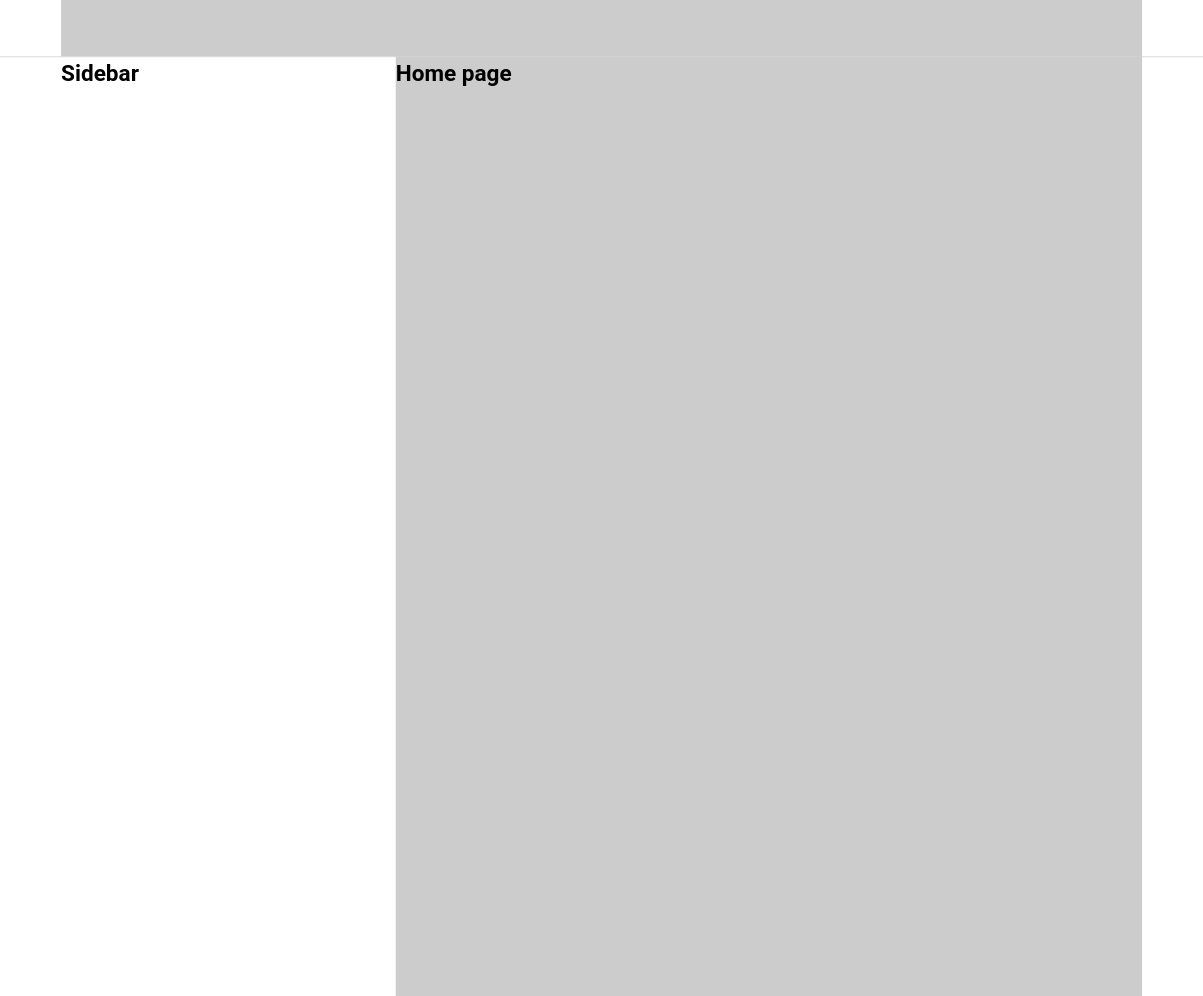
Repository: ynguyen1512/tiktok-ui
Page: /
These files come from the project's save history. The page is drawn as it stood at one moment and after the next save; the edit follows.
The browser window is 1280 px wide. The pictures show the whole page, at 94% of full size.
The project was rebuilt for these pictures with package versions that can differ from the ones it lists, and the page was loaded fresh each time. Also part of the build but not shown: src/pages/Following/index.js, src/pages/Profile/index.js, src/pages/Upload/index.js, src/pages/Search/index.js. Imported but missing from the stored project, and not drawn on this page: src/components/Layout/HeaderOnly.

Above is the page before, as saved 2023-07-29 20:45:53.

After the next save:
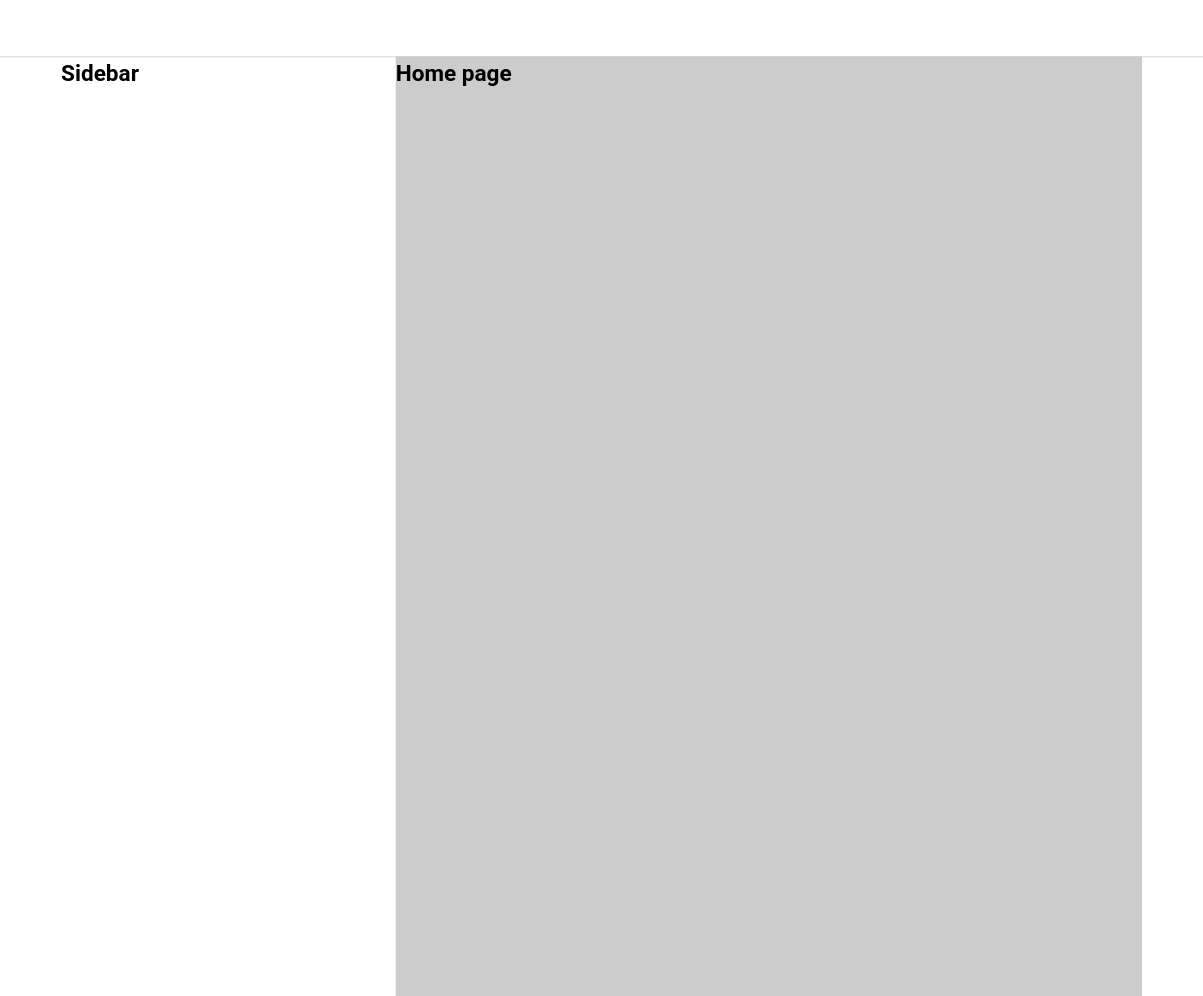
Saved 24 s later.
--- a/src/components/Layout/components/Header/Header.module.scss
+++ b/src/components/Layout/components/Header/Header.module.scss
@@ -9,5 +9,4 @@
 .inner {
     height: 100%;
     width: var(--default-layout-width);
-    background-color: #ccc;
 }
